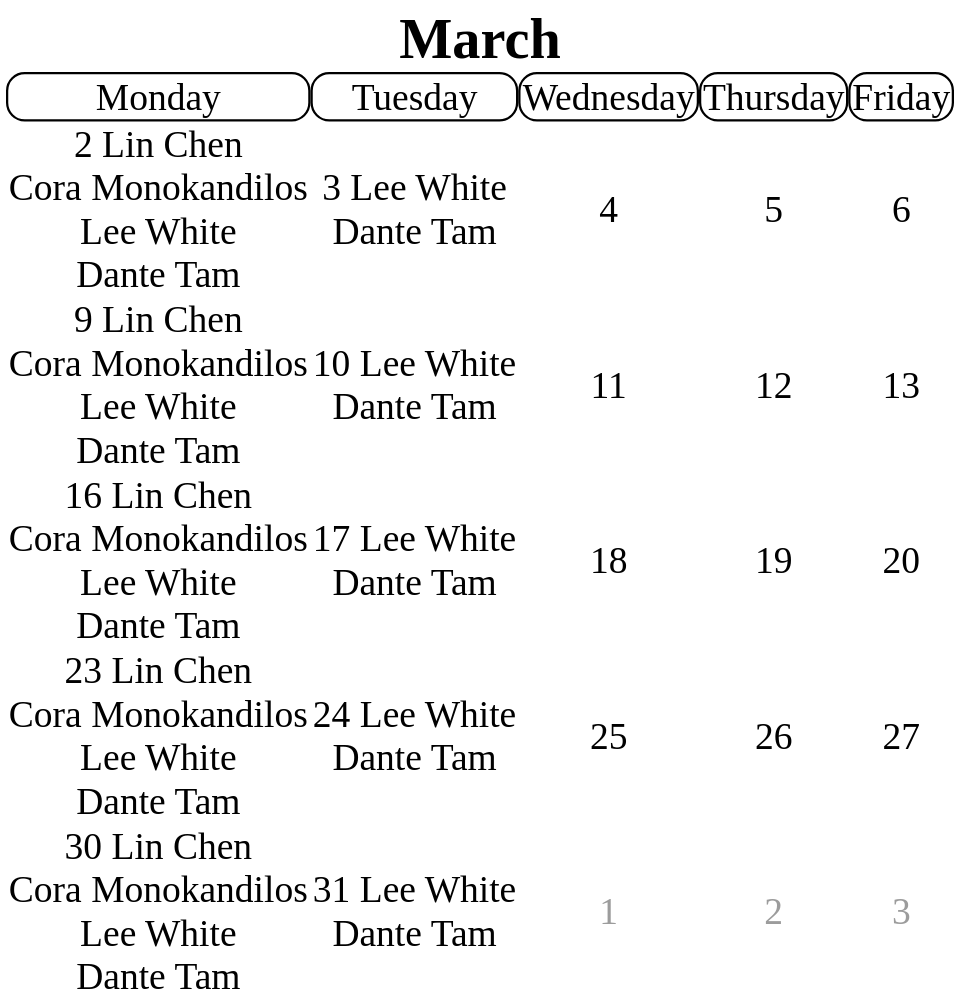
Repository: shleewhite/missionBitCalendar
Page: views/mar.html
The author's editor kept a record of every edit. The page is drawn from the files as they stood at one moment, then again after the next edit.
The browser window is 1280 px wide. The pictures show the whole page, at 75% of full size.

Above is the page before.

### views/mar.html
<article id="mar">
<html>
    <link rel="stylesheet" type="text/css" href="main.css">
    <head></head>
    <body>
        <table id="monthTable">
                <th class="monthHeader" colspan="5">March</th>
            <tr>
                <td class="weekday">Monday</td>
                <td class="weekday">Tuesday</td>
                <td class="weekday">Wednesday</td>
                <td class="weekday">Thursday</td>
                <td class="weekday">Friday</td>
            </tr>
            <tr>
                <td>2 Lin Chen<br>Cora Monokandilos<br>Lee White<br>Dante Tam</td>
                <td>3 Lee White<br>Dante Tam</td>
                <td>4</td>
                <td>5</td>
                <td>6</td>
            </tr>
            <tr>
                <td>9 Lin Chen<br>Cora Monokandilos<br>Lee White<br>Dante Tam</td>
                <td>10 Lee White<br>Dante Tam</td>
                <td>11</td>
                <td>12</td>
                <td>13</td>
            </tr>
            <tr>
                <td>16 Lin Chen<br>Cora Monokandilos<br>Lee White<br>Dante Tam</td>
                <td>17 Lee White<br>Dante Tam</td>
                <td>18</td>
                <td>19</td>
                <td>20</td>
            </tr>
            <tr>
                <td>23 Lin Chen<br>Cora Monokandilos<br>Lee White<br>Dante Tam</td>
                <td>24 Lee White<br>Dante Tam</td>
                <td>25</td>
                <td>26</td>
                <td>27</td>
            </tr>
            <tr>
                <td>30 Lin Chen<br>Cora Monokandilos<br>Lee White<br>Dante Tam</td>
                <td>31 Lee White<br>Dante Tam</td>
                <td class="nextMonth">1</td>
                <td class="nextMonth">2</td>
                <td class="nextMonth">3</td>
            </tr>
        </table>
    </body>
</html>

### views/main.css
table {
    text-align: center;
    font-size: 50px;
    width: 100%;
    height: 700px;
    border-spacing: 50px 20px;

}
table th {
    text-align: center;
}
#year{
    /*font-family: 'Lobster', cursive;*/
    font-size: 100px;
}
.month{
    border-collapse: separate;
    border-color: #000000;
    border-radius: 25px;
    border-style: double;

    border-top-width: 15px;
    border-bottom-width: 15px;
    border-left-width: 15px;
    border-right-width: 15px;
    cursor: pointer;
}
.monthHeader {
    font-size: 75px;
    border-style: none;
}
.weekday {
    font-size: 50px;
    border-style: solid;
    border-radius: 25px;
}
#monthTable {
    border-spacing: 0px;
    border-color: #000000;
    border-radius: 25px;
    cursor: pointer;
    padding: 0px;
}
.days {
    font-size: 20px;
    text-align: left;
    border-style: double;
}
.noOne {
    text-align: center;
}
.nextMonth {
    color: #9C9C9C;
}

After the next edit:
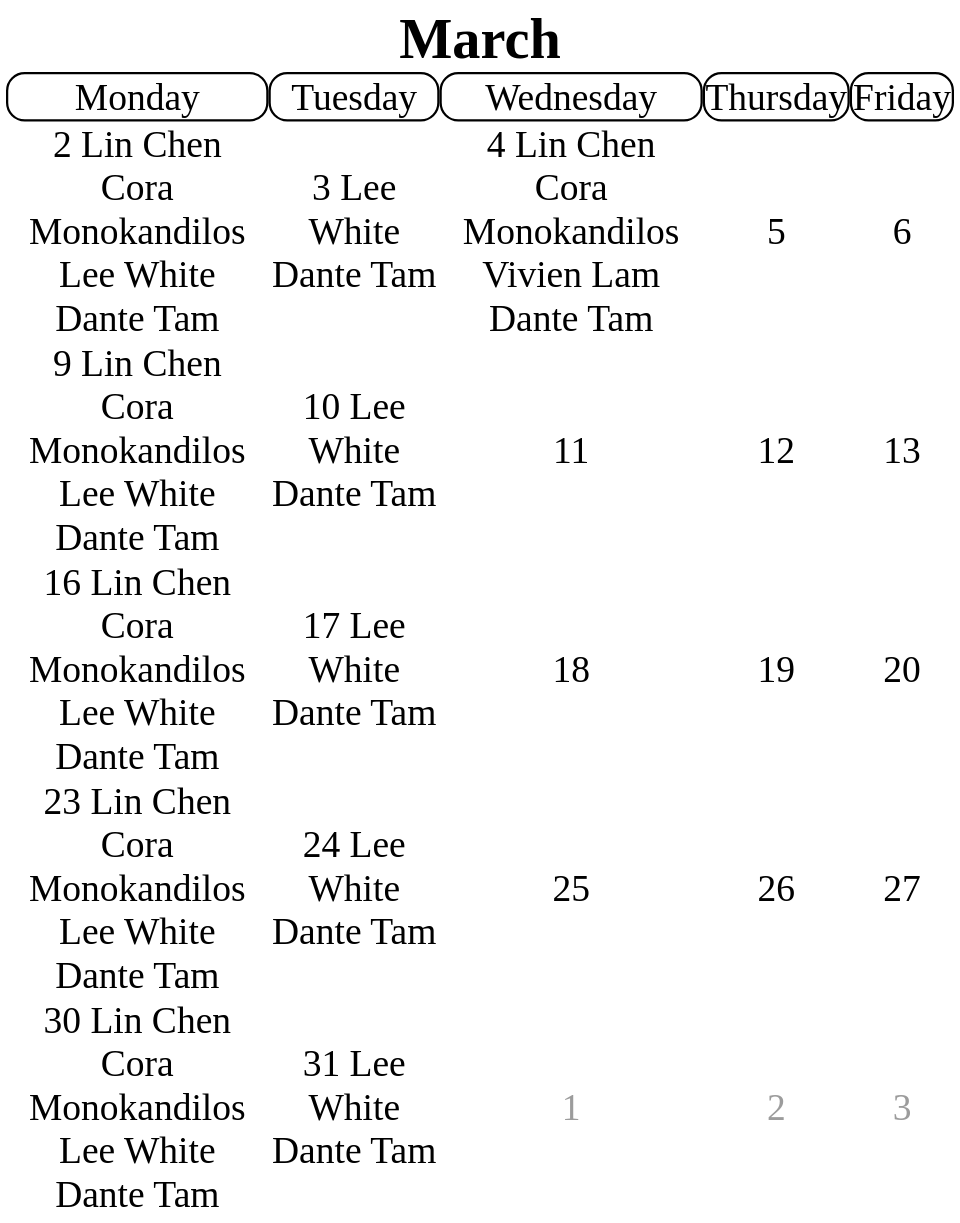
The edit:
--- a/views/mar.html
+++ b/views/mar.html
@@ -15,7 +15,7 @@
             <tr>
                 <td>2 Lin Chen<br>Cora Monokandilos<br>Lee White<br>Dante Tam</td>
                 <td>3 Lee White<br>Dante Tam</td>
-                <td>4</td>
+                <td>4 Lin Chen<br>Cora Monokandilos<br>Vivien Lam<br>Dante Tam</td>
                 <td>5</td>
                 <td>6</td>
             </tr>
